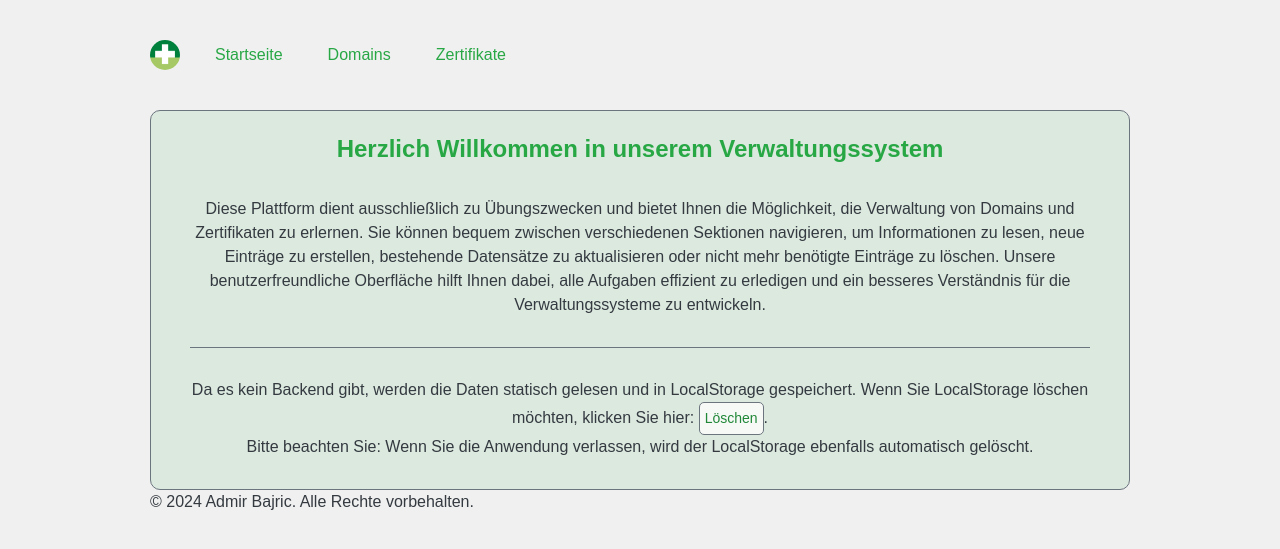
Repository: bajricadmir/verwaltungssystem-vanilla-html-css
Page: index.html
The author's editor kept a copy of each file at every save. The page is drawn from the files as they stood at one save, then again after the next save.
The browser window is 1280 px wide. The pictures show the whole page.

Above is the page before, as saved 2024-10-14 12:40:07.

### index.html
<!DOCTYPE html>
<html lang="en">
  <head>
    <meta charset="UTF-8" />
    <meta name="viewport" content="width=device-width, initial-scale=1.0" />
    <link
      rel="shortcut icon"
      href="./assets/images/favicon.ico"
      type="image/x-icon"
    />
    <link rel="stylesheet" href="style.css" />
    <title>Verwaltungssystem</title>
  </head>
  <body>
    <header class="header">
      <nav class="navigation">
        <img src="./assets/images/favicon.ico" alt="Logo" class="logo" />

        <ul class="nav-list">
          <li class="nav-item">
            <a class="nav-link" href="#home">Startseite</a>
          </li>
          <li class="nav-item">
            <a class="nav-link" href="#about">Domains</a>
          </li>
          <li class="nav-item">
            <a class="nav-link" href="#contact">Zertifikate</a>
          </li>
        </ul>
      </nav>
    </header>

    <main class="main-content">
      <section class="content-section">
        <h1 class="alert-heading">
          Herzlich Willkommen in unserem Verwaltungssystem
        </h1>
        <p class="content-paragraph">
          Diese Plattform dient ausschließlich zu Übungszwecken und bietet Ihnen
          die Möglichkeit, die Verwaltung von Domains und Zertifikaten zu
          erlernen. Sie können bequem zwischen verschiedenen Sektionen
          navigieren, um Informationen zu lesen, neue Einträge zu erstellen,
          bestehende Datensätze zu aktualisieren oder nicht mehr benötigte
          Einträge zu löschen. Unsere benutzerfreundliche Oberfläche hilft Ihnen
          dabei, alle Aufgaben effizient zu erledigen und ein besseres
          Verständnis für die Verwaltungssysteme zu entwickeln.
        </p>
      </section>

      <div class="divider"></div>

      <section class="content-section">
        <p class="content-paragraph">
          Da es kein Backend gibt, werden die Daten statisch gelesen und in
          LocalStorage gespeichert. Wenn Sie LocalStorage löschen möchten,
          klicken Sie hier:
          <button type="button" class="btn">Löschen</button>.<br />
          Bitte beachten Sie: Wenn Sie die Anwendung verlassen, wird der
          LocalStorage ebenfalls automatisch gelöscht.
        </p>
      </section>
    </main>

    <footer class="footer">
      <p class="footer-text">
        &copy; 2024 Admir Bajric. Alle Rechte vorbehalten.
      </p>
    </footer>
  </body>
</html>

### style.css
:root {
  --primary-color: #007bff;
  --secondary-color: #6c757d;
  --success-color: #28a745;
  --success-color-hover: #218838;
  --success-color-bgc: #d4edda;
  --danger-color: #dc3545;
  --warning-color: #ffc107;
  --info-color: #17a2b8;
  --light-color: #f8f9fa;
  --dark-color: #343a40;

  --font-size-base: 16px;
  --font-family-base: "Arial", sans-serif;
  --background-color: #f0f0f0;
}

* {
  margin: 0;
  padding: 0;
  box-sizing: border-box;
}

html,
body {
  height: 100%;
  font-family: var(--font-family-base);
  line-height: 1.5;
}

body {
  padding: 40px 150px;
  background-color: var(--background-color);
  color: var(--dark-color);
}

ul {
  list-style: none;
}

a {
  text-decoration: none;
  color: inherit;
}

button {
  background: none;
  border: none;
  padding: 0;
  font: inherit;
  color: inherit;
  text-align: inherit;
  cursor: pointer;
  outline: none;
  transition: background-color 0.3s, color 0.3s;
}

table {
  border-collapse: collapse;
  width: 100%;
}

.navigation {
  display: flex;
  align-items: center;
}

.logo {
  width: 30px;
  height: 30px;
  border-radius: 50%;
  margin-right: 20px;
}

.nav-list {
  display: flex;
  align-items: center;
}

.nav-item {
  margin-right: 15px;
}

.nav-item:last-child {
  margin-right: 0;
}

.nav-item a {
  color: var(--success-color);
  transition: color 0.3s ease;
  padding: 10px 15px;
  border-radius: 5px;
}

.nav-item a:hover {
  color: var(--success-color-hover);
  background-color: rgba(40, 167, 69, 0.1);
}

.main-content {
  display: flex;
  flex-direction: column;
  align-items: center;
  margin-top: 40px;
  background-color: rgba(40, 167, 69, 0.1);
  padding: 20px 15px;
  border: 0.1px solid var(--secondary-color);
  border-radius: 10px;
}

.content-section {
  text-align: center;
}

.alert-heading {
  color: var(--success-color);
  padding-bottom: 20px;
}

.content-paragraph {
  padding: 10px;
}

.divider {
  width: 95%;
  height: 1px;
  background-color: var(--secondary-color);
  margin: 20px 0;
}

.btn {
  font-size: 14px;
  border: 0.1px solid var(--secondary-color);

  padding: 5px;
  background-color: #f7f9f7;
  color: var(--success-color-hover);
  border-radius: 5px;
  transition: all 125ms ease-in-out;
}

.btn:hover {
  background-color: #ffffff;
  color: var(--success-color);
}

After the next save:
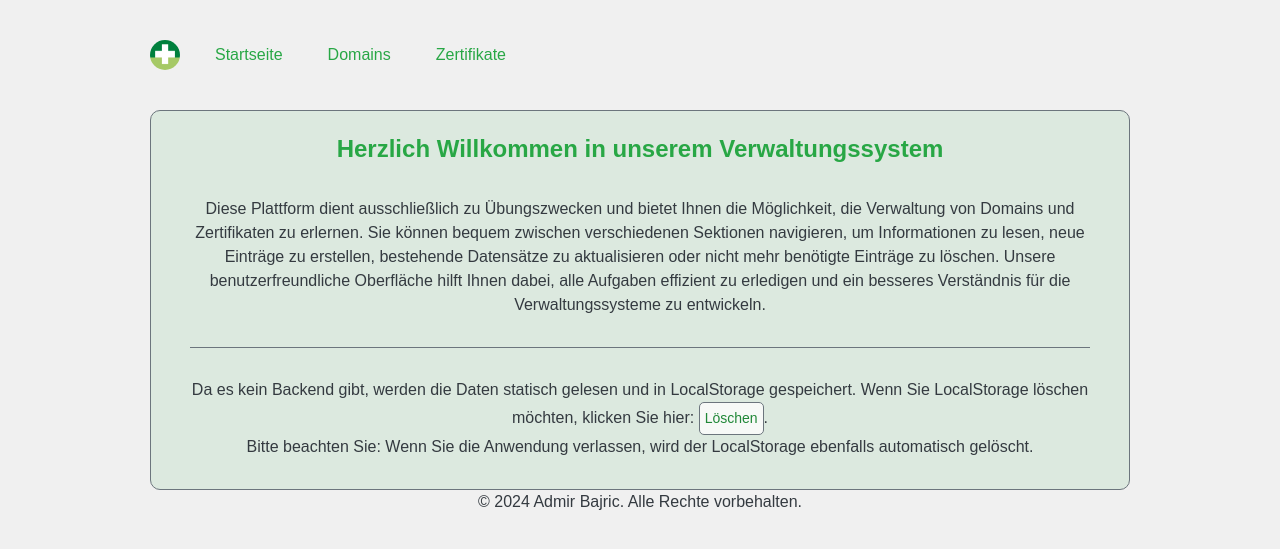
Saved 30 s later.
--- a/style.css
+++ b/style.css
@@ -143,3 +143,7 @@ table {
   background-color: #ffffff;
   color: var(--success-color);
 }
+
+.footer {
+  text-align: center;
+}
